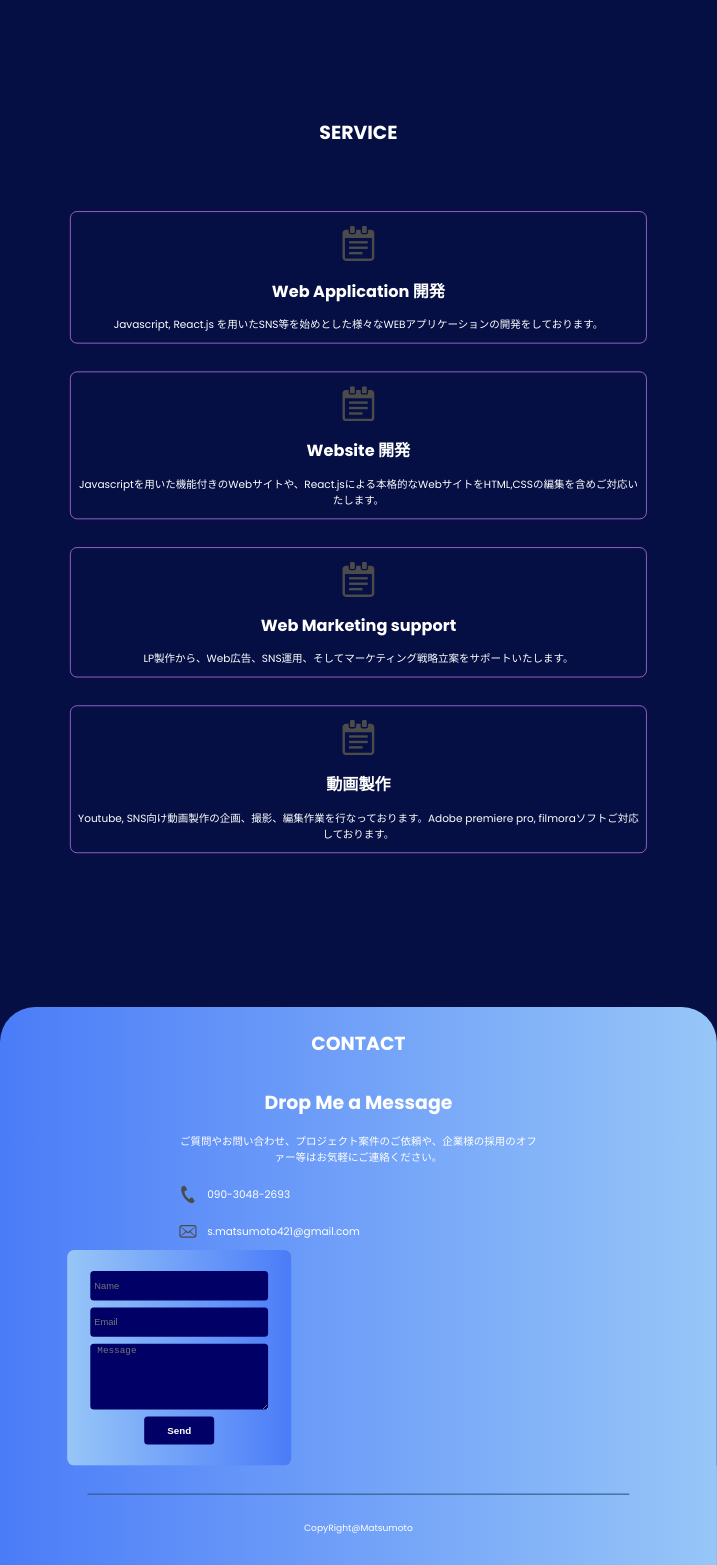
Repository: Seiya00002/my-portfolio-website2
Page: /
An editor plug-in stored every save of this project. The page is shown before and after the next save, followed by the edit.
The browser window is 1024 px wide. The pictures show the part of the page from y = 3454 to 5694 px (the page is 5690 px tall before and 5694 px after), at 70% of full size.
Some web fonts or font styles are not loaded; a fallback is used. The project was rebuilt for these pictures with package versions that can differ from the ones it lists, and the page was loaded fresh each time.

Above is the page before, as saved 2023-09-27 14:35:56.

After the next save:
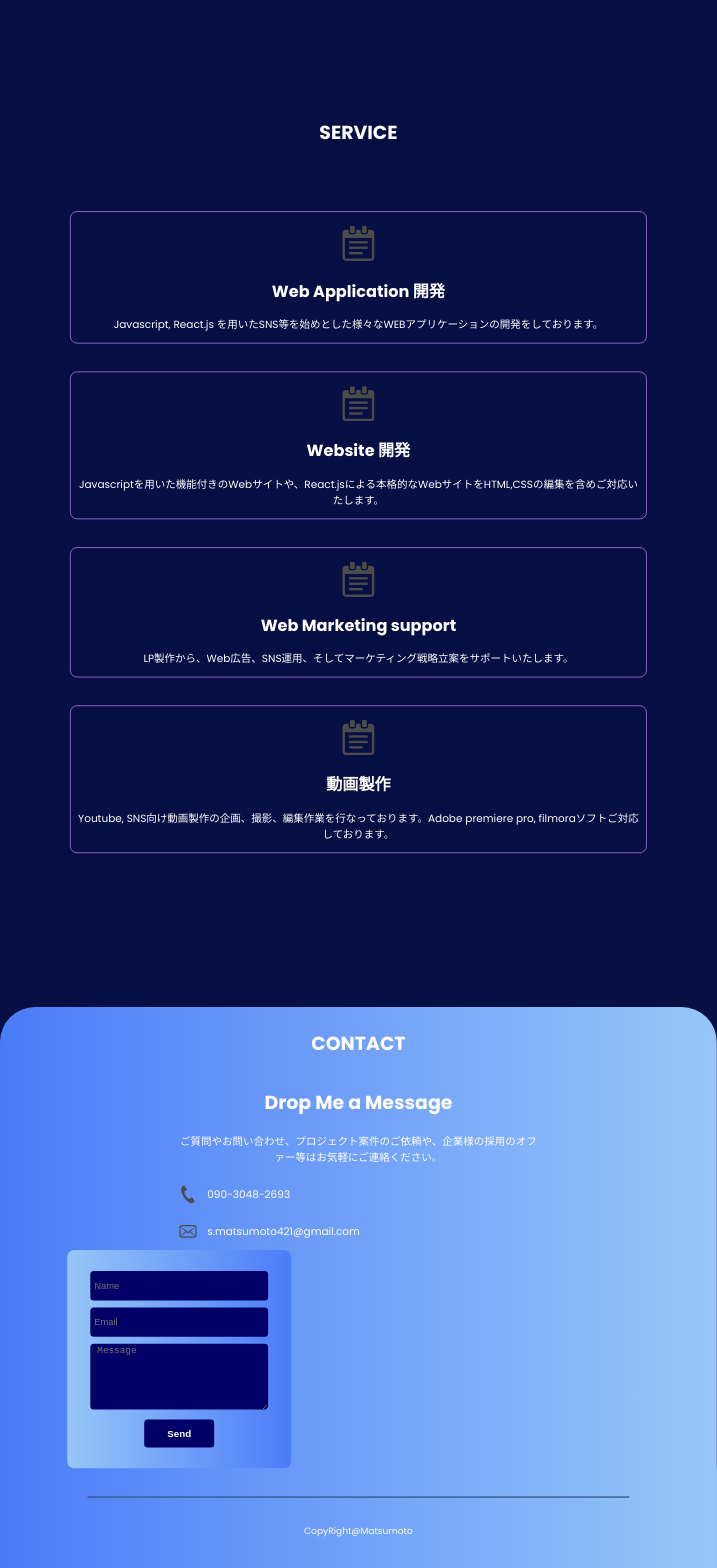
Saved 25 s later.
--- a/src/App.css
+++ b/src/App.css
@@ -371,6 +371,9 @@
   }
 
   .contact-section {
-    margin: 0 auto;
-  }
-}
+    display: block;
+    justify-content: center;
+    text-align: center;
+    align-items: center;    margin: 0 auto;
+  }
+}

After the 3 saves that followed:
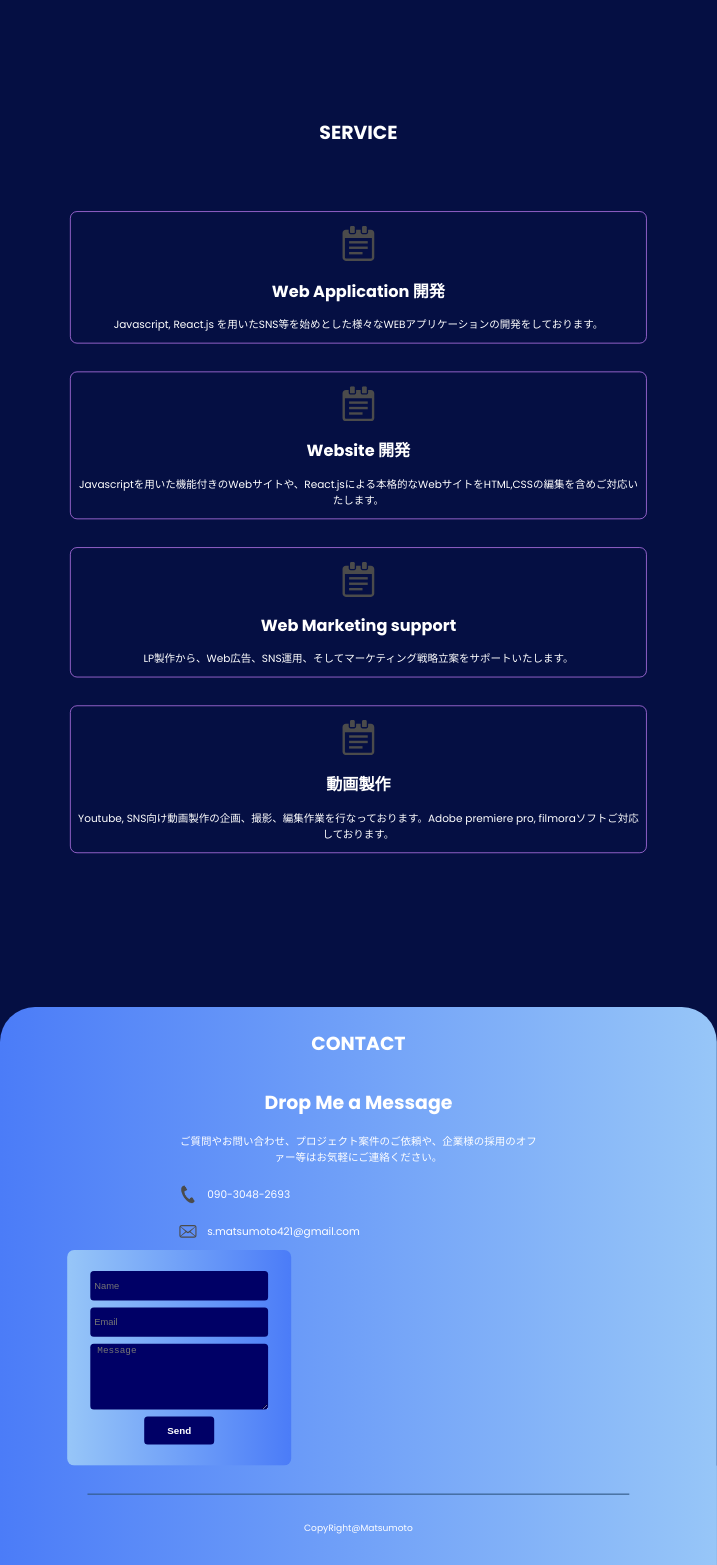
The 3 saves are shown as one change because 2 left the picture as it was.
The last was saved 105 s later.
--- a/src/App.css
+++ b/src/App.css
@@ -370,10 +370,10 @@
     align-items: center;
   }
 
-  .contact-section {
-    display: block;
-    justify-content: center;
-    text-align: center;
-    align-items: center;    margin: 0 auto;
-  }
-}
+  .contact-outer {
+    display: block;
+    justify-content: center;
+    text-align: center;
+    align-items: center;
+  }
+}
